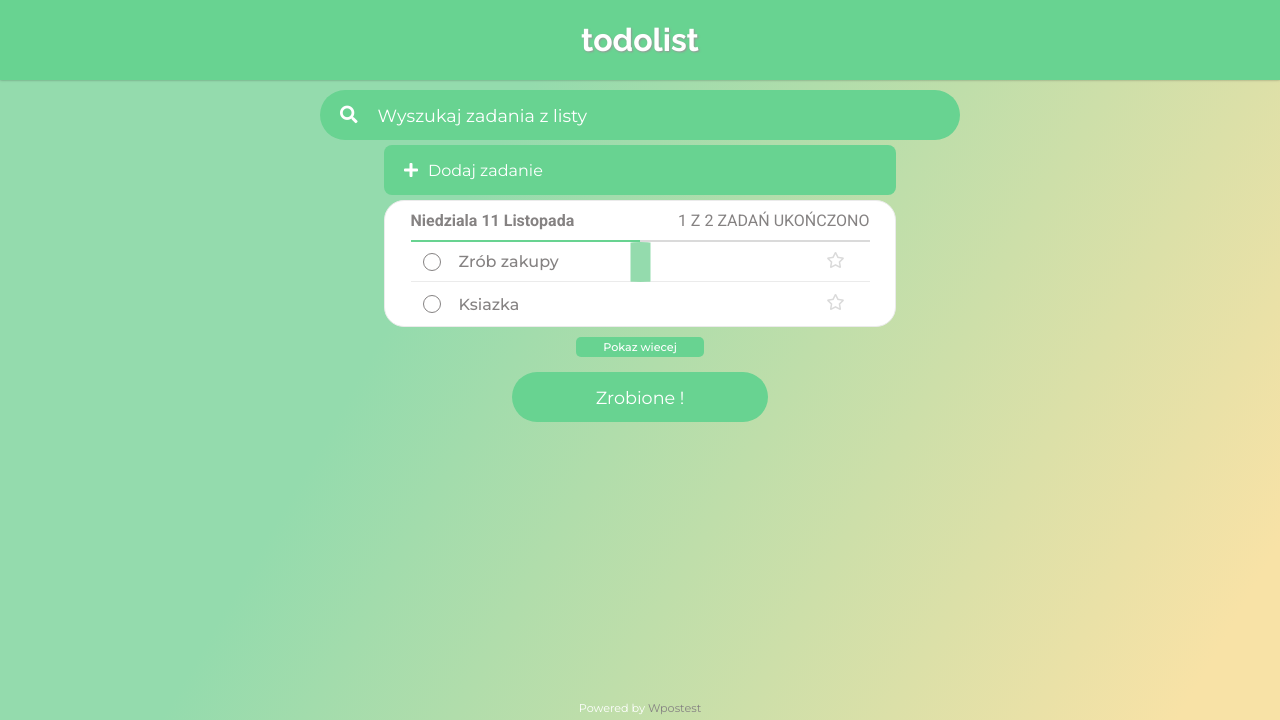
Repository: Wpostest/todolist
Page: src/index.html
An editor plug-in stored every save of this project. The page is shown before and after a run of saves, followed by the edit.
The browser window is 1280 px wide. The pictures show the whole page.
Some web libraries are served in a nearby version. The style sheet was rebuilt from its Sass, Less or Tailwind sources for each picture, by a compiler version that may differ from the author's.

Above is the page before, as saved 2020-01-29 15:58:40.

### src/index.html
<!DOCTYPE html>
<html lang="pl">
<head>
    <meta charset="UTF-8">
    <meta name="viewport" content="width=device-width, initial-scale=1.0">
    <meta http-equiv="X-UA-Compatible" content="ie=edge">
    <title>todolist</title>
    <link rel="stylesheet" href="css/app.css">
    <link href="https://fonts.googleapis.com/css?family=Lato:100,300,400,700|Montserrat:100,300,400,500,700|Open+Sans:300,400,700|Raleway:100,300,400,500,700|Roboto:100,300,400,500,700&display=swap" rel="stylesheet">
    <link rel="stylesheet" href="https://use.fontawesome.com/releases/v5.6.3/css/all.css" integrity="sha384-UHRtZLI+pbxtHCWp1t77Bi1L4ZtiqrqD80Kn4Z8NTSRyMA2Fd33n5dQ8lWUE00s/" crossorigin="anonymous">
</head>
<body>
    <header class="todolist__header">
        <h1 class="todolist__title">todolist</h1>
    </header>
    <section>
        <label class="todolist__search-wrapper" for="todolist__search">
            <i class="fas fa-search todolist__search-icon"></i>
            <input type="text" class="todolist__search" id="todolist__search" title="Szukaj" placeholder="Wyszukaj zadania z listy">
        </label>
        <label class="todolist__add-task-wrapper" for="todolist__add-task">
            <input type="text" class="todolist__add-task" id="todolist__add-task" title="Dodaj zadanie" placeholder="Dodaj zadanie">
            <i class="fas fa-plus todolist__add-task-icon"></i>
        </label>

        <ul class="todolist">
            <div class="todolist__information">
                <div class="todolist__current-time">Niedziala 11 Listopada</div>
                <div class="todolist__task-done-info">
                    <span class="todolist__count-done-task">1</span>
                    z
                    <span class="todolist__count-all-task">2</span>
                    zadań ukończono
                </div>
                <div class="todolist__line-done-percentage"></div>
            </div>
            <li class="todolist__task">
                <input type="checkbox" class="todolist__checkbox-done">
                <span>Zrób zakupy</span>
                <input type="checkbox" class="todolist__checkbox-star">
                <div class="checbox-done_background_animation"></div>
            </li>
            <li class="todolist__task">
                    <input type="checkbox" class="todolist__checkbox-done">
                    <span>Ksiazka</span>
                    <input type="checkbox" class="todolist__checkbox-star">
                </li>
            <!--<li>TEXT<input type="checkbox"><button>star-icon</button></li>-->
            <!--
                LISTA MA MIEC MAKSYMALNA WYSOKOSC PRZYCISK POKAZ WIECEJ MA USUWAC OGRANICZENIA WYSOKOSCI LUB WYSWIETLANYCH ELEMENTOW
                JEZELI UKONCZYSZ WSZYSTKIE ZADANIA MA POKAZAC SIE FAJNA ANIMACJA I ZNIKNAC PO KILKU SEKUNDACH
                CHECKBOX MA POKAZYWAC SIE Z LEWEJ STRONY
            -->
        </ul>
        <button class="todolist__show-more" title="Pokaż więcej zadań">Pokaz wiecej</button>
        <button class="todolist__done" title="Usuń skończone zadania z listy">Zrobione !</button>
    </section>
    <footer>
        <h6 class="todolist__copywrite">Powered by <a href="https://github.com/Wpostest/">Wpostest</a></h6>
    </footer>
    <script src="js/app.js"></script>
</body>
</html>

### src/sass/app.scss
@import 'reset';
@import 'variables';
@import 'components/checkboxes/checkbox_done.scss';
@import 'components/checkboxes/checkbox_star.scss';
@import 'todolist/todolist';

### src/sass/reset.scss
html, body, div, span, applet, object, iframe, h1, h2, h3, h4, h5, h6, p, blockquote, pre, a, abbr, acronym, address, big, cite, code, del, dfn, em, img, ins, kbd, q, s, samp, small, strike, strong, sub, sup, tt, var, b, u, i, center, dl, dt, dd, ol, ul, li, fieldset, form, label, legend, table, caption, tbody, tfoot, thead, tr, th, td, article, aside, canvas, details, embed, figure, figcaption, footer, header, hgroup, menu, nav, output, ruby, section, summary, time, mark, audio, video, input {
    margin: 0;
    padding: 0;
    border: 0;
    font-size: 100%;
    font: inherit;

    // Sposób wyliczania wysokości i szerokości elementu.
    // Szerokość elementu np 25% zawiera już paddingi oraz border.
    box-sizing: border-box;

    vertical-align: baseline; }

article, aside, details, figcaption, figure, footer, header, hgroup, menu, nav, section {
    display: block; }

a {
    text-decoration: none;
    outline: none;
}

button {
    outline: none;
}

ol, ul {
    list-style: none; }

blockquote, q {
    quotes: none; }

blockquote {
    &:before, &:after {
        content: '';
        content: none; } }

q {
    &:before, &:after {
        content: '';
        content: none; } }

table {
    border-collapse: collapse;
    border-spacing: 0; }

### src/sass/variables.scss
$background_primary: #68d391;
$background_secoundary: #94dbad;
$font-color_primary: #fff;
$font-color_secoundary: rgb(133, 130, 130);
$font-family_primary: 'Montserrat', sans-serif;
$font-family_secoundary: 'Roboto', sans-serif;
$font-size_xxl: 2rem;
$font-size_xl: 1.5rem;
$font-size_l: 1.1rem;
$font-size_m: 1rem;
$font-size_s: .9rem;
$font-size_xs: .7rem;
$font-size_xxs: .5rem;

### src/sass/components/checkboxes/checkbox_done.scss
.todolist__checkbox-done{
    position: relative;
    -webkit-appearance: none;
    display: inline-block;
    width: 18px;
    height: 18px;
    background-color: #fff;
    border-radius: 50%;
    border: 1px solid $font-color_secoundary;
    outline: none;
    margin-left: 12px;
    margin-right: 18px;
    cursor: pointer;

    &::after{
        position: absolute;
        width: 100%;
        height: 100%;
        top: 13px;
        left: 12px;
        transform: translate(-50%, -50%);
        color: $font-color_primary;
        font-family: "Font Awesome 5 Free";
        font-weight: 900;
        content: "\f00c";
        font-size: 10px;
        opacity: 0;
    }

    &:checked{
        border: none;
        background-color: $background_primary;

        &~ span{
            text-decoration: line-through;
        }

        & ~ .checbox-done_background_animation{
            opacity: 1;
            transform: scaleX(120%);
        }

        &::after{
            opacity: 1;
        }
    }
}

.checbox-done_background_animation{
    position: absolute;
    top: 0px;
    left: 50%;
    transform: translateX(-50%);
    height: inherit;
    width: 1px;
    transform: scaleX(20);
    background: $background_secoundary;
    border-radius: 20px;
    transition: transform .7s;
}

### src/sass/components/checkboxes/checkbox_star.scss
.todolist__checkbox-star{
    position: absolute;
    top: 50%;
    transform: translateY(-25%);
    right: 25px;
    width: 50px;
    height: 100%;
    -webkit-appearance: none;
    outline: none;
    text-align: right;

    &::after{
        font-family: "Font Awesome 5 Free";
        font-weight: 500;
        content: "\f005";
        position: absolute;
        top: 0;
        left: 0;
        width: 100%;
        height: 100%;
        font-size: 1rem;
        opacity: 1;
        visibility: visible;
        color: #dadada;
    }

    &::before{
        font-family: "Font Awesome 5 Free";
        font-weight: 900;
        content: "\f005";
        position: absolute;
        top: 0;
        left: 0;
        width: 100%;
        height: 100%;
        color: #fff;
        font-size: 1rem;
        opacity: 0;
        visibility: hidden;
        color: #ffe46b;
    }

    &:checked{
        &::after{
            opacity: 0;
            visibility: hidden;
        }

        &::before{
            opacity: 1;
            visibility: visible;
        }
    }
}

### src/sass/todolist/todolist.scss
body{
    background: rgb(148,219,173);
    background: linear-gradient(120deg, rgba(148,219,173,1) 34%, rgba(248,226,166,1) 94%);
    height: 100vh;
}

.todolist__header{
    width: 100%;
    height: 80px;
    background-color: $background_primary;
    box-shadow: 0px -1px 3px 0px rgba(0,0,0,0.75);
    margin-bottom: 10px;

    .todolist__title{
        color: $font-color_primary;
        font-size: 2rem;
        font-family: 'Raleway', sans-serif;
        font-weight: 600;
        text-align: center;
        text-shadow: 1px 1px 2px rgba(150, 150, 150, 1);
        line-height: 80px;
    }
}

section{
    display: flex;
    flex-direction: column;
    align-items: center;
}

.todolist__search-wrapper{
    background-color: $background_primary;
    width: 50%;
    height: 50px;
    border-radius: 50px;
    display: flex;
    flex-direction: row;
    justify-content: flex-start;
    align-items: center;
    margin-bottom: 5px;

    &:hover{
        //box-shadow: 0 1px 2px 0 rgba(32,33,36,0.28);
    }

    .todolist__search-icon{
        color: $font-color_primary;
        margin-left: 20px;
        font-size: $font-size_l;
    }

    .todolist__search{
        color: $font-color_primary;
        outline: none;
        margin-left: 20px;
        margin-right: 50px;
        width: 100%;
        height: 80%;
        background-color: $background_primary;
        font-size: $font-size_l;
        font-family: $font-family_primary;

        &::placeholder{
            color: $font-color_primary;
        }

        &:focus{
            &::placeholder{
                opacity: 0;
                visibility: hidden;
            }
        }
    }
}

.todolist__add-task-wrapper{
    background-color: $background_primary;
    width: 40%;
    height: 50px;
    border-radius: 8px;
    display: flex;
    flex-direction: row-reverse;
    justify-content: flex-start;
    align-items: center;
    margin-bottom: 5px;

    .todolist__add-task-icon{
        color: $font-color_primary;
        margin-left: 20px;
        font-size: $font-size_m;
    }

    .todolist__add-task{
        color: $font-color_primary;
        outline: none;
        margin-left: 10px;
        margin-right: 50px;
        width: 100%;
        height: 80%;
        background-color: $background_primary;
        font-size: $font-size_m;
        font-family: $font-family_primary;

        &:hover{
            //box-shadow: 0 1px 2px 0 rgba(32,33,36,0.28);
        }

        &::placeholder{
            color: $font-color_primary;
        }

        &:focus{
            &::placeholder{
                opacity: 0;
                visibility: hidden;
            }

            & ~ .todolist__add-task-icon{
                transition: transform .7s;
                transform: rotate(360deg);
            }
        }
    }
}

.todolist{
    width: 40%;
    background: #fff;
    border-radius: 20px;
    border: 1px solid #ebebeb;
    margin-bottom: 10px;

    .todolist__information{
        width: 90%;
        margin-left: auto;
        margin-right: auto;
        color: $font-color_secoundary;
        font-weight: 600;
        padding-top: 10px;
        font-family: $font-family_secoundary;
        display: flex;
        flex-direction: row;
        flex-wrap: wrap;

        .todolist__current-time{
            font-size: $font-size_m;
            width: 50%;
        }

        .todolist__task-done-info{
            font-weight: 400;
            width: 50%;
            text-align: right;
            text-transform: uppercase;
        }

        .todolist__line-done-percentage{
            width: 100%;
            height: 2px;
            background: linear-gradient(to right, $background_primary 0%, $background_primary 50%, #dadada 50%, #dadada 100%);
            margin-top: 10px;
        }
    }

    .todolist__task{
        margin-left: auto;
        margin-right: auto;
        width: 90%;
        color: $font-color_secoundary;
        height: 40px;
        background-color: #fff;
        font-size: $font-size_m;
        font-weight: 500;
        font-family: $font-family_primary;
        display: flex;
        flex-direction: row;
        justify-content: flex-start;
        align-items: center;
        margin-bottom: 2px;
        position: relative;
        border-bottom: 1px solid #ebebeb;

        &:last-child{
            border: none;
        }
    }
}

.todolist__show-more{
    background-color: $background_primary;
    border: none;
    border-radius: 5px;
    width: 10%;
    height: 20px;
    color: $font-color_primary;
    font-size: $font-size_xs;
    font-weight: 500;
    font-family: $font-family_primary;
    cursor: pointer;
    margin-bottom: 15px;
}

.todolist__done{
    background-color: $background_primary;
    border: none;
    border-radius: 25px;
    width: 20%;
    height: 50px;
    color: $font-color_primary;
    font-size: $font-size_l;
    font-family: $font-family_primary;
    cursor: pointer;
    transition: transform .5s;
}

.todolist__copywrite{
    font-size: $font-size_xs;
    color: $font-color_primary;
    position: absolute;
    left: 50%;
    bottom: 5px;
    transform: translateX(-50%);
    font-family: $font-family_primary;

    a{
        color: $font-color_secoundary;
    }
}

Loaded but not shown: src/js/app.js (no stored copy; drawn as an empty file)

After the next 2 saves:
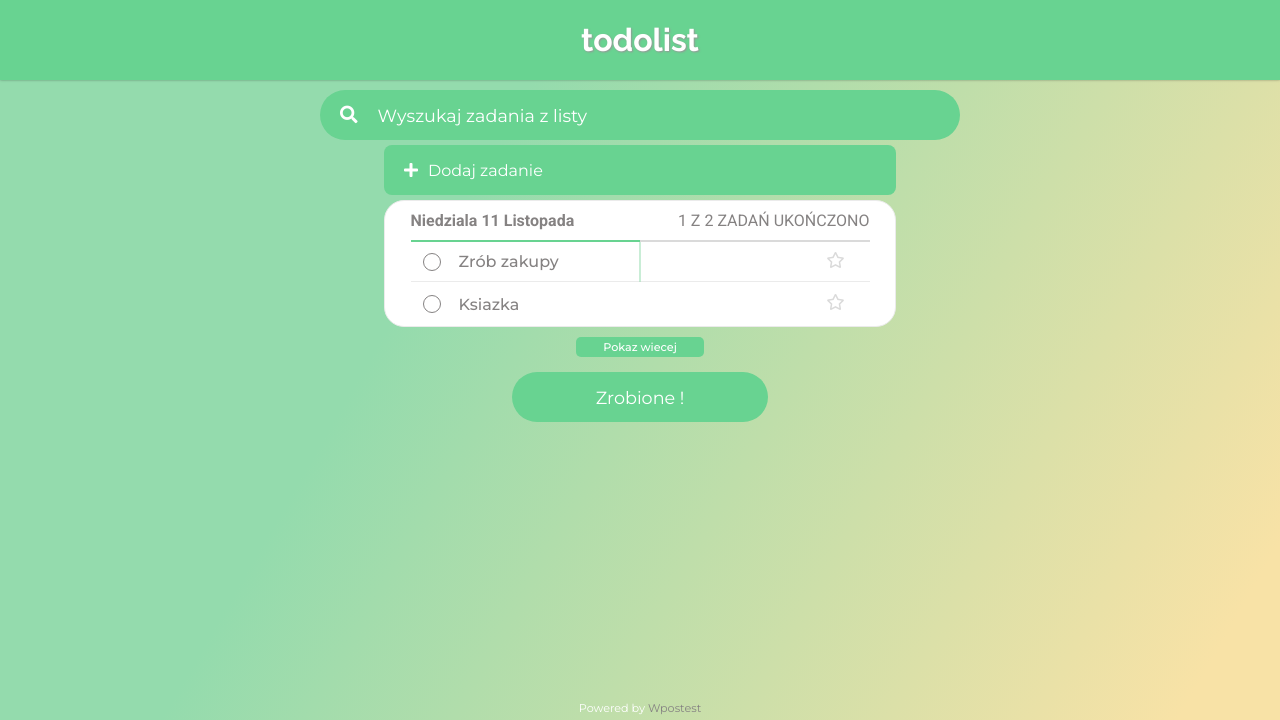
The 2 saves are shown as one change because they came seconds apart.
The last was saved 24 s later.
--- a/src/sass/components/checkboxes/checkbox_done.scss
+++ b/src/sass/components/checkboxes/checkbox_done.scss
@@ -53,7 +53,6 @@
     transform: translateX(-50%);
     height: inherit;
     width: 1px;
-    transform: scaleX(20);
     background: $background_secoundary;
     border-radius: 20px;
     transition: transform .7s;
